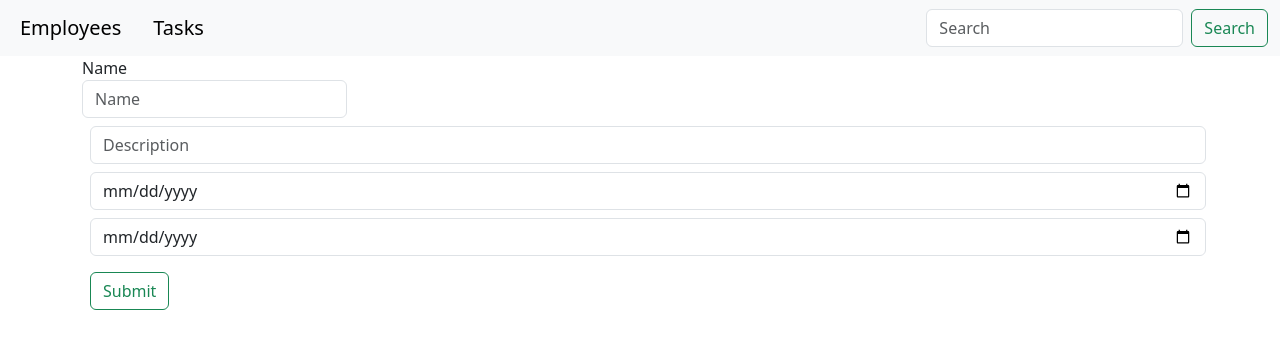
Repository: RaffiBarseghyan/employees
Page: /tasks
The author's editor kept a copy of each file at every save. The page is drawn from the files as they stood at one save, then again after a run of saves.
The browser window is 1280 px wide. The pictures show the whole page.
The project was rebuilt for these pictures with package versions that can differ from the ones it lists, and the page was loaded fresh each time. Some packages were replaced by stand-ins written for this rebuild. Also part of the build but not shown: src/App.css, src/Pages/Employees/employees.module.scss, src/Pages/UpDel/upDel.module.scss, src/Pages/UpDel/delete.jsx, src/Pages/Employees/employees.jsx, src/Pages/Tasks/tasks.module.scss, src/Pages/UpDel/update.jsx.

Above is the page before, as saved 2023-06-15 21:34:01.

### src/App.jsx
import "./App.css";
import Header from "./Pages/Header/header";
import { BrowserRouter, Routes, Route } from "react-router-dom";
import "bootstrap/dist/css/bootstrap.css";
import Employees from "./Pages/Employees/employees";
import Tasks from "./Pages/Tasks/tasks";
import Update from "./Pages/UpDel/update";

function App() {
  return (
    <>
      <BrowserRouter>
        <Header />

        <Routes>
          <Route path="/employees" element={<Employees />} />

          <Route path="/tasks" element={<Tasks />} />
          <Route path="/update" element={<Update />} />
        </Routes>
      </BrowserRouter>
    </>
  );
}

export default App;

### src/Pages/Header/header.jsx
import { Link } from "react-router-dom";
import style from "./header.module.scss";

function Header() {
  return (
    <>
      <nav className="navbar navbar-expand-lg bg-body-tertiary">
        <div className="container-fluid">
          <button
            className="navbar-toggler"
            type="button"
            data-bs-toggle="collapse"
            data-bs-target="#navbarSupportedContent"
            aria-controls="navbarSupportedContent"
            aria-expanded="false"
            aria-label="Toggle navigation"
          >
            <span className="navbar-toggler-icon"></span>
          </button>
          <div className="collapse navbar-collapse" id="navbarSupportedContent">
            <ul className="navbar-nav me-auto mb-2 mb-lg-0">
              <li className="nav-item">
                <Link className={`nav-link navbar-brand active ${style.linkStyle}`} to="/employees">
                  Employees
                </Link>
              </li>
              <li className="nav-item">
                <Link
                  className={`nav-link navbar-brand ${style.linkStyle}`}
                  to="/tasks"
                >
                  Tasks
                </Link>
              </li>
            </ul>
            <form className="d-flex" role="search">
              <input
                className="form-control me-2"
                type="search"
                placeholder="Search"
                aria-label="Search"
              />
              <button className="btn btn-outline-success" type="submit">
                Search
              </button>
            </form>
          </div>
        </div>
      </nav>
    </>
  );
}

export default Header;

### src/Pages/Tasks/tasks.jsx
import style from "./tasks.module.scss";

function Tasks() {
  return (
    <>
      <form
        action="https://rocky-temple-83495.herokuapp.com/tasks"
        method="post"
        target="_blank"
        className={`${style.employeeForm} container`}
      >
        <label htmlFor="name" >
            Name
          <input
            className="form-control me-2"
            type="text"
            id="name"
            name="name"
            placeholder="Name"
          />
        </label>

        <input
          className="form-control m-2"
          type="text"
          id="lname"
          name="description"
          placeholder="Description"
        />

        <input
          className="form-control m-2"
          type="date"
          id="startDate"
          name="startDate"
          placeholder="startDate"
        />

        <input
          className="form-control m-2"
          type="date"
          id="endDate"
          name="endDate"
          placeholder="endDate"
        />

        <input
          className="btn btn-outline-success m-2"
          type="submit"
          value="Submit"
        />
      </form>
    </>
  );
}

export default Tasks;

Loaded but not shown: src/index.js (common file); src/index.css (common file); src/reportWebVitals.js (common file); src/Pages/Header/header.module.scss (no stored copy; drawn as an empty file)

After the next 3 saves:
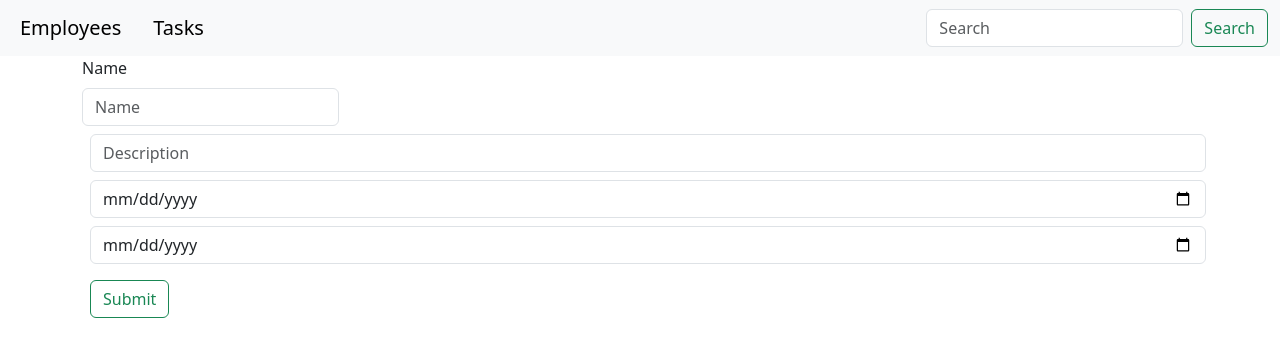
The 3 saves are shown as one change because they came seconds apart.
The last was saved 9 s later.
--- a/src/Pages/Tasks/tasks.jsx
+++ b/src/Pages/Tasks/tasks.jsx
@@ -12,7 +12,7 @@ function Tasks() {
         <label htmlFor="name" >
             Name
           <input
-            className="form-control me-2"
+            className="form-control mt-2 "
             type="text"
             id="name"
             name="name"
